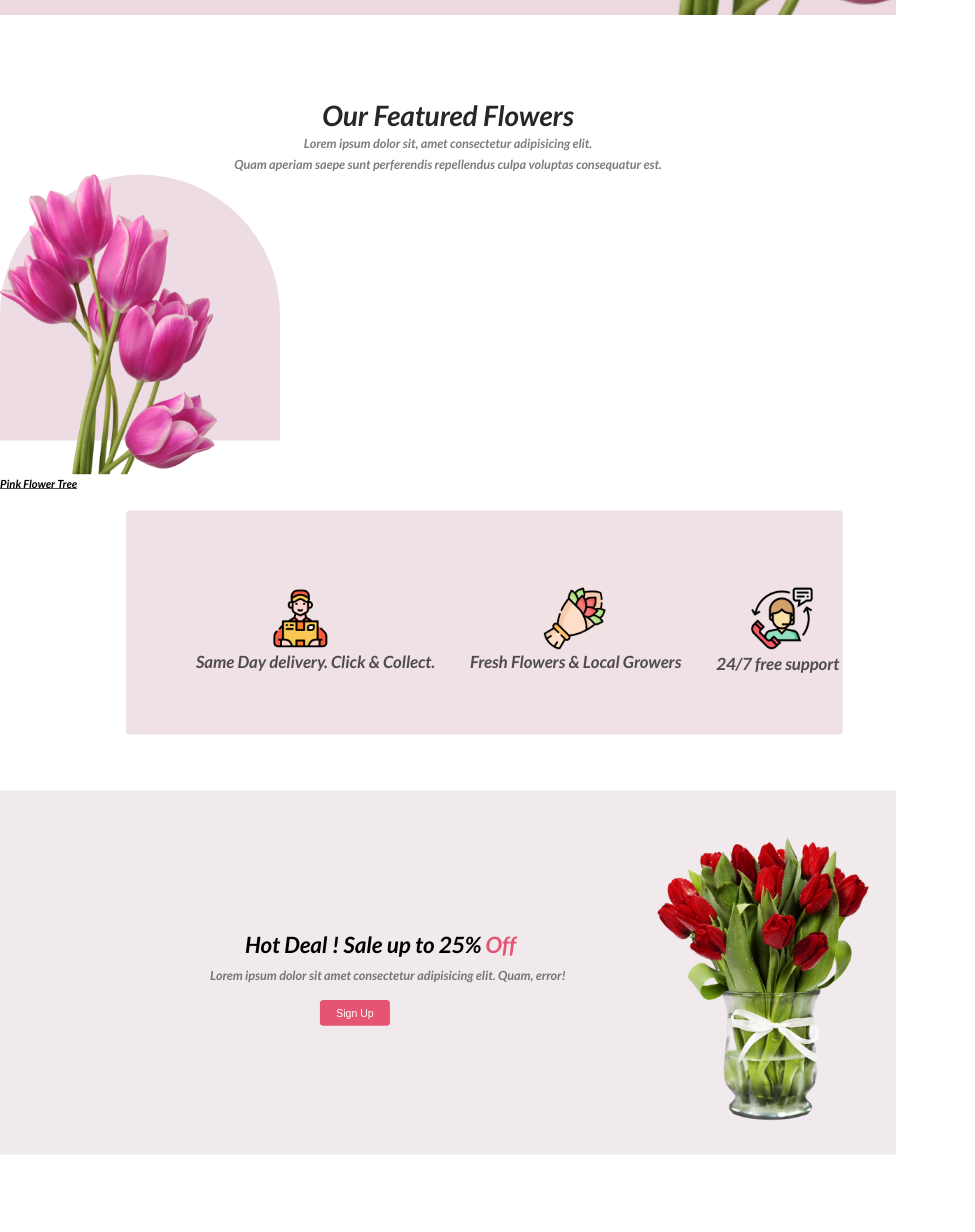
Repository: AnitaAkter/anita-flower-shop
Page: index.html
An editor plug-in stored every save of this project. The page is shown before and after the next save, followed by the edit.
The browser window is 1280 px wide. The page is 1393 px wide, so the pictures cover 1393 px, including what lies to the right of the window. The pictures show the part of the page from y = 778 to 2538 px (the page is 3486 px tall before and 3556 px after), at 70% of full size.

Above is the page before, as saved 2023-09-06 20:42:18.

After the next save:
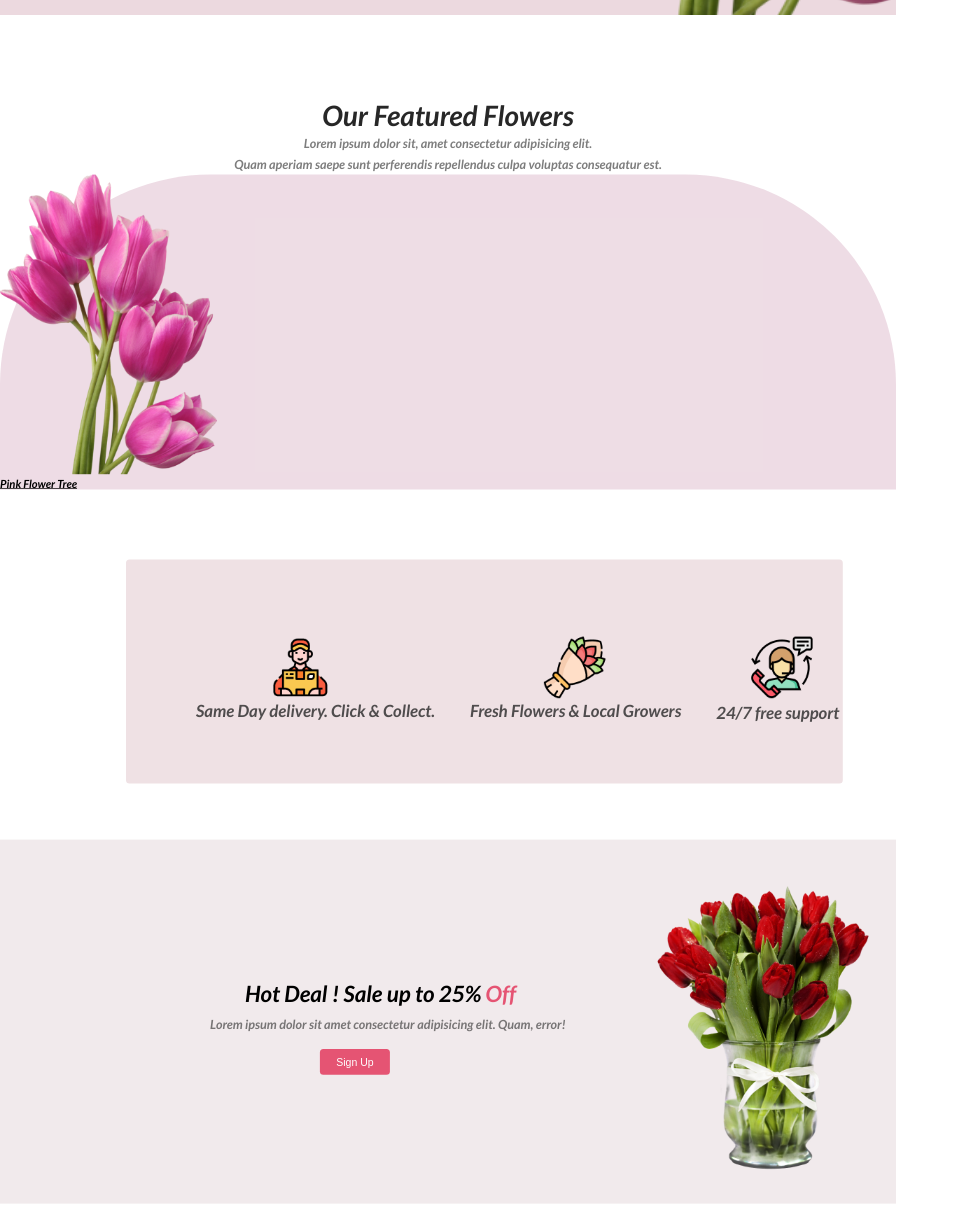
Saved 6 s later.
--- a/style.css
+++ b/style.css
@@ -157,8 +157,7 @@
     background-position: center;
     border-radius: 300px 300px 0px 0px;
     background: rgba(139, 24, 81, 0.15);
-    height: 380px;
-    width: 400px;
+
 }
 
 .flowers-img p {

After the save that followed:
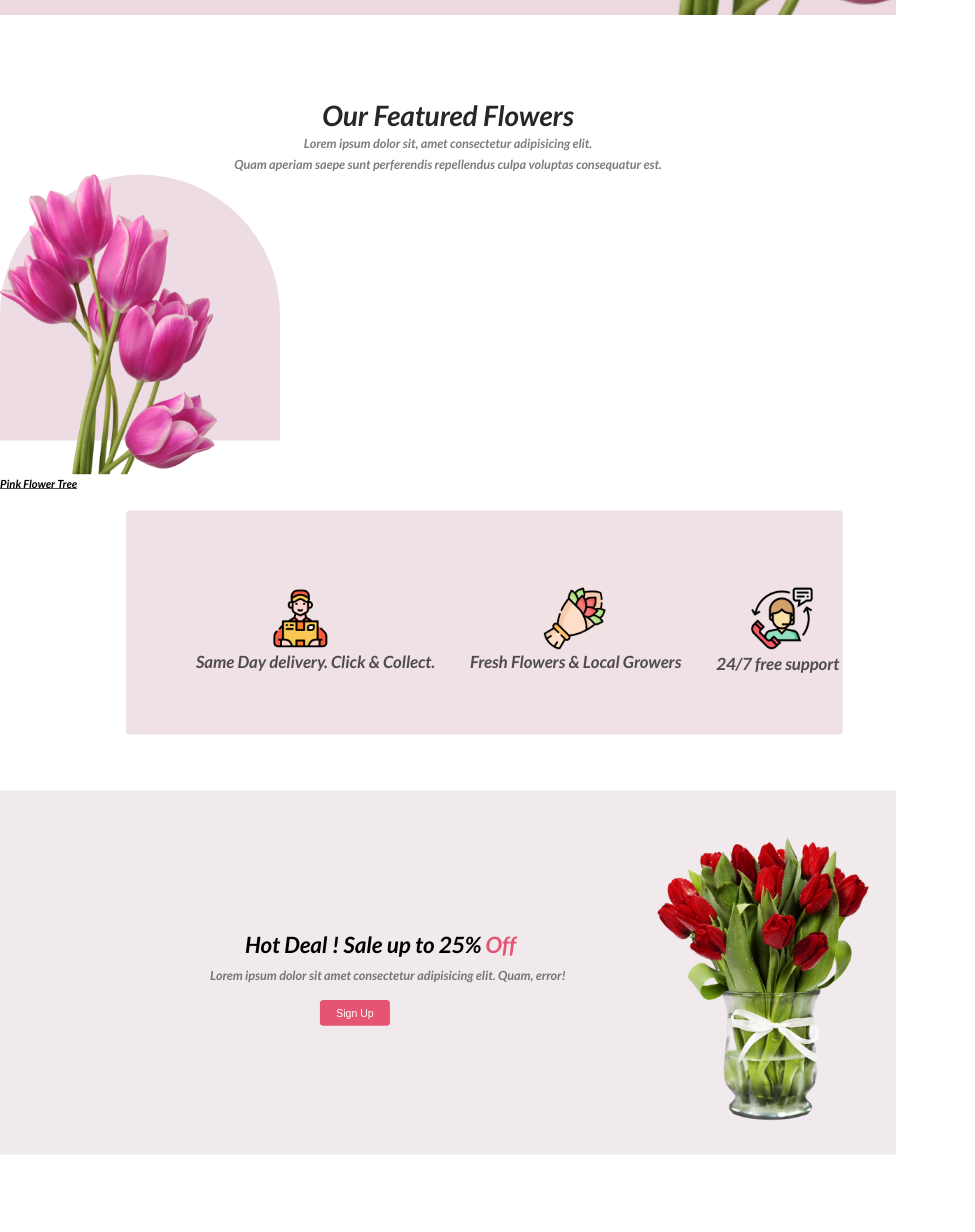
Saved 4 s later.
--- a/style.css
+++ b/style.css
@@ -157,7 +157,8 @@
     background-position: center;
     border-radius: 300px 300px 0px 0px;
     background: rgba(139, 24, 81, 0.15);
-
+    height: 380px;
+    width: 400px;
 }
 
 .flowers-img p {
